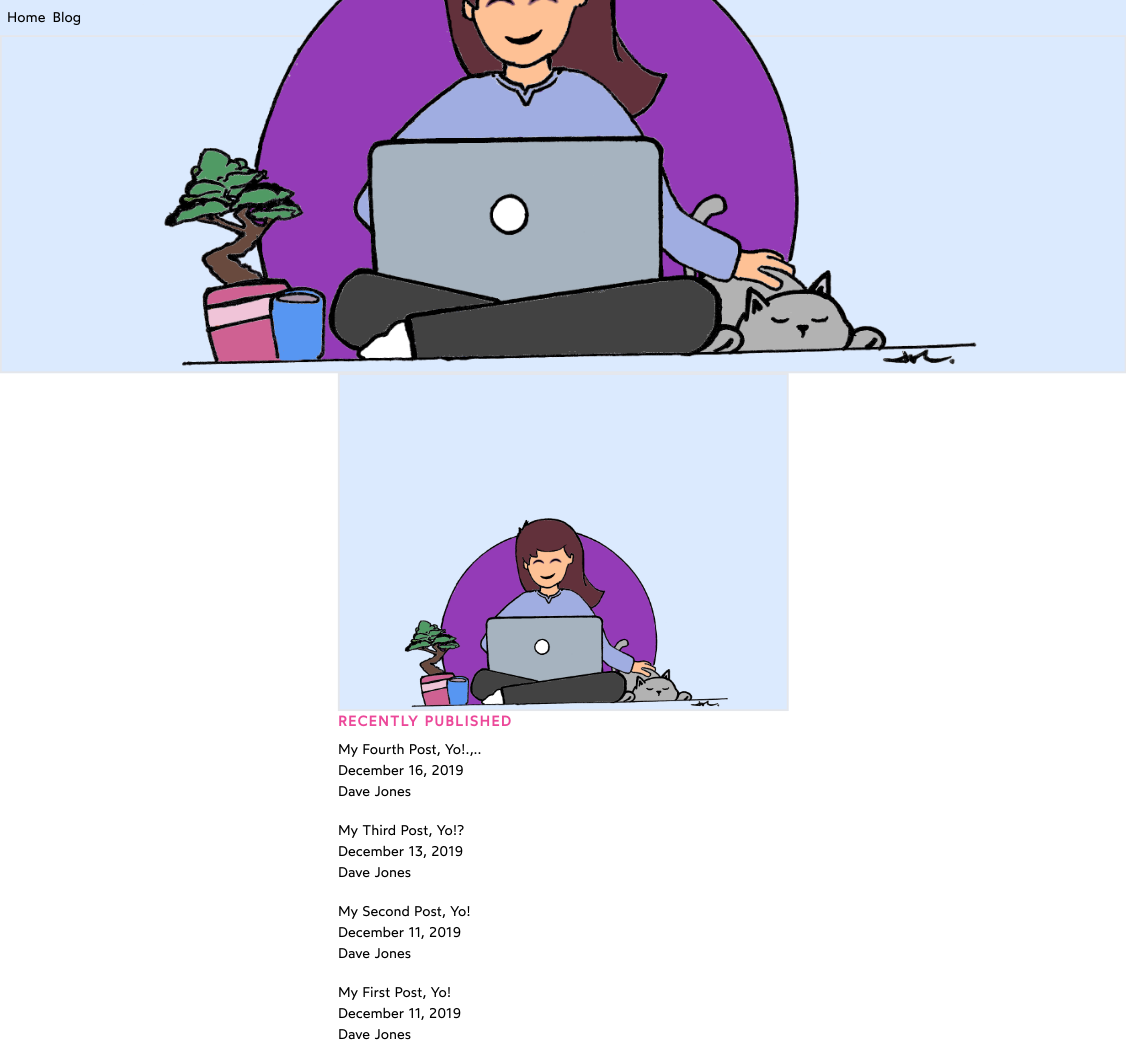
Repository: Risclover/markdown-blog
Page: /
The author's editor kept a copy of each file at every save. The page is drawn from the files as they stood at one save, then again after the next save.
The browser window is 1280 px wide. The pictures show the whole page, at 88% of full size.
The project was rebuilt for these pictures with package versions that can differ from the ones it lists, and the page was loaded fresh each time.

Above is the page before, as saved 2023-06-28 12:08:06.

After the next save:
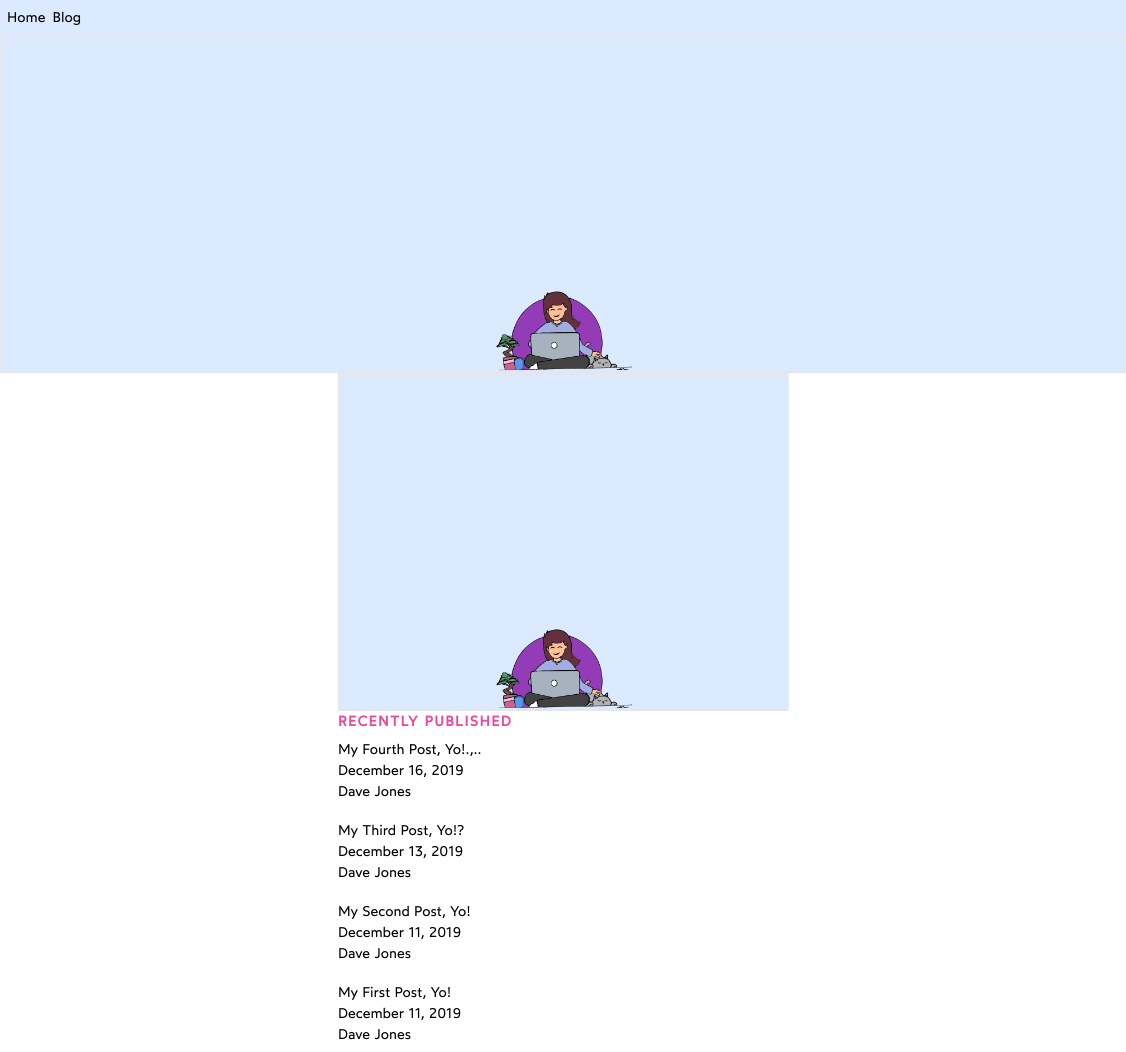
Saved 11 s later.
--- a/src/components/HomeHeader.js
+++ b/src/components/HomeHeader.js
@@ -4,7 +4,7 @@ export default function HomeHeader() {
   return (
     <div className="h-96 bg-blue-100 flex flex-col justify-end border-2 border-red">
       <div>
-        <img className="w-9/12 m-auto border-black-4" src={Avatar} />
+        <img className="w-40 m-auto border-black-4" src={Avatar} />
       </div>
     </div>
   );
